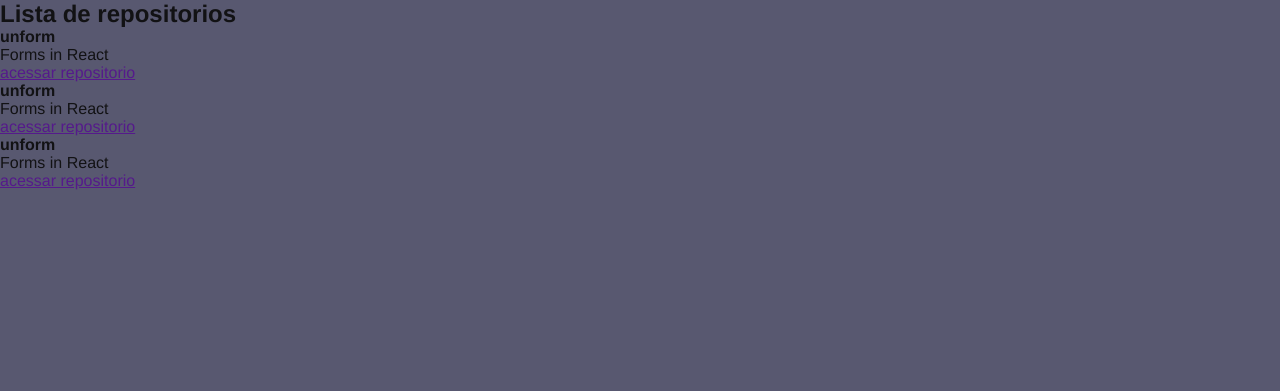
Repository: niltonmalves/01-githug-explorer
Page: /
These files come from the project's save history. The page is drawn as it stood at one moment and after the next save; the edit follows.
The browser window is 1280 px wide. The pictures show the whole page.
The project was rebuilt for these pictures with package versions that can differ from the ones it lists, and the page was loaded fresh each time. Also part of the build but not shown: webpack.config.js.

Above is the page before, as saved 2022-01-06 14:42:20.

After the next save:
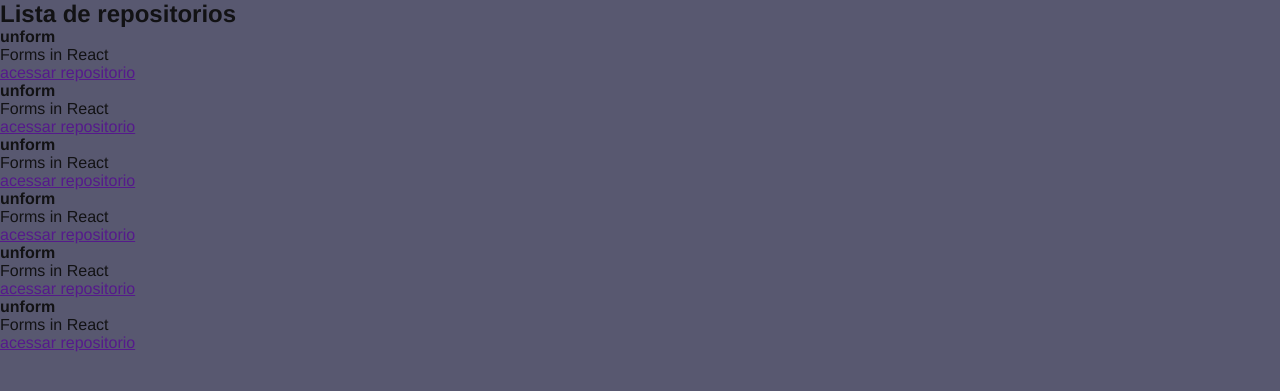
Saved 24 s later.
--- a/src/components/RepositoryList.jsx
+++ b/src/components/RepositoryList.jsx
@@ -8,6 +8,9 @@
       <h1>Lista de repositorios</h1>
       <ul>
 
+        <RepositoryItem />
+        <RepositoryItem />
+        <RepositoryItem />
         <RepositoryItem />
           <li>
               <strong>unform</strong>
